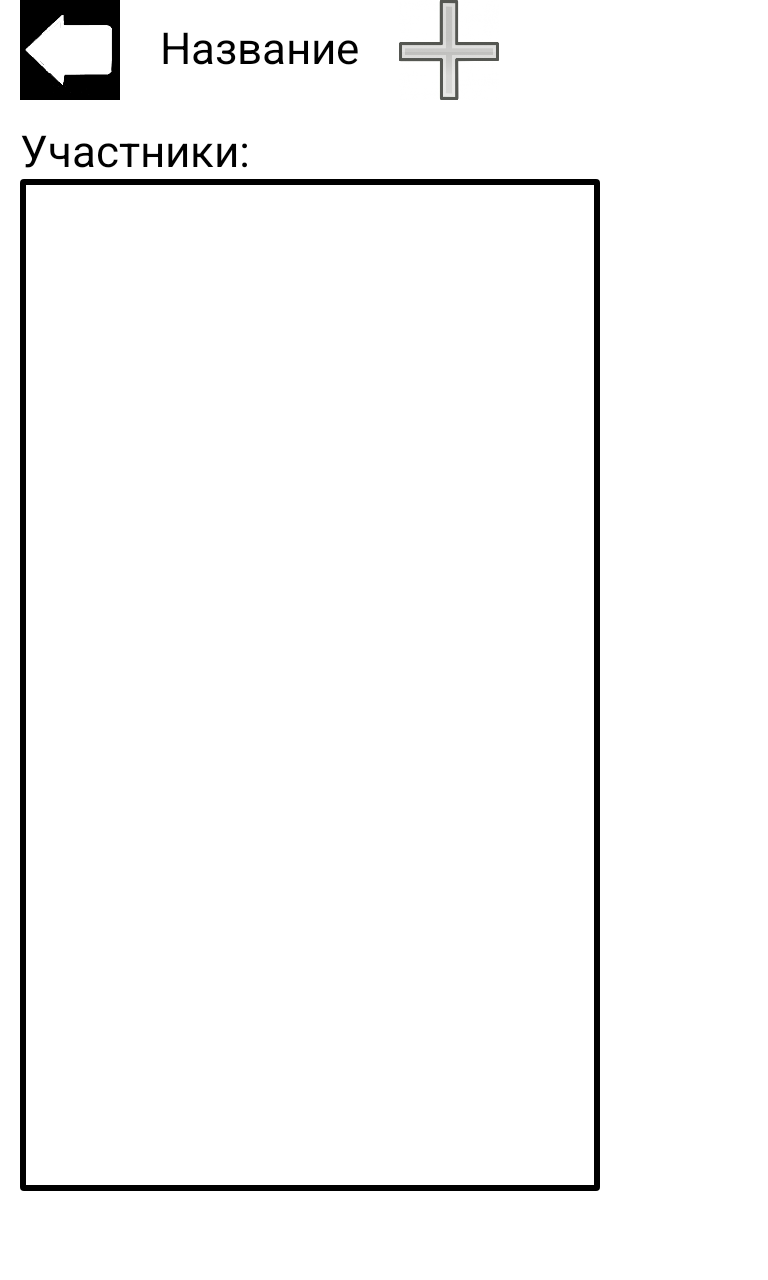
Repository: webguild/RedmineMobile
Layout: Android/RedmineAndroid/res/layout/project_settings_worker.xml
The author's editor kept a copy of each file at every save. The layout is drawn from the files as they stood at one save, then again after the next save.
It is drawn on a 768 x 1280 px phone screen (xhdpi) without system bars, with theme AppTheme; the app's code is not run. Lists and similar views that code fills are empty.

Above is the layout before, as saved 2013-01-18 13:24:00.

After the next save:
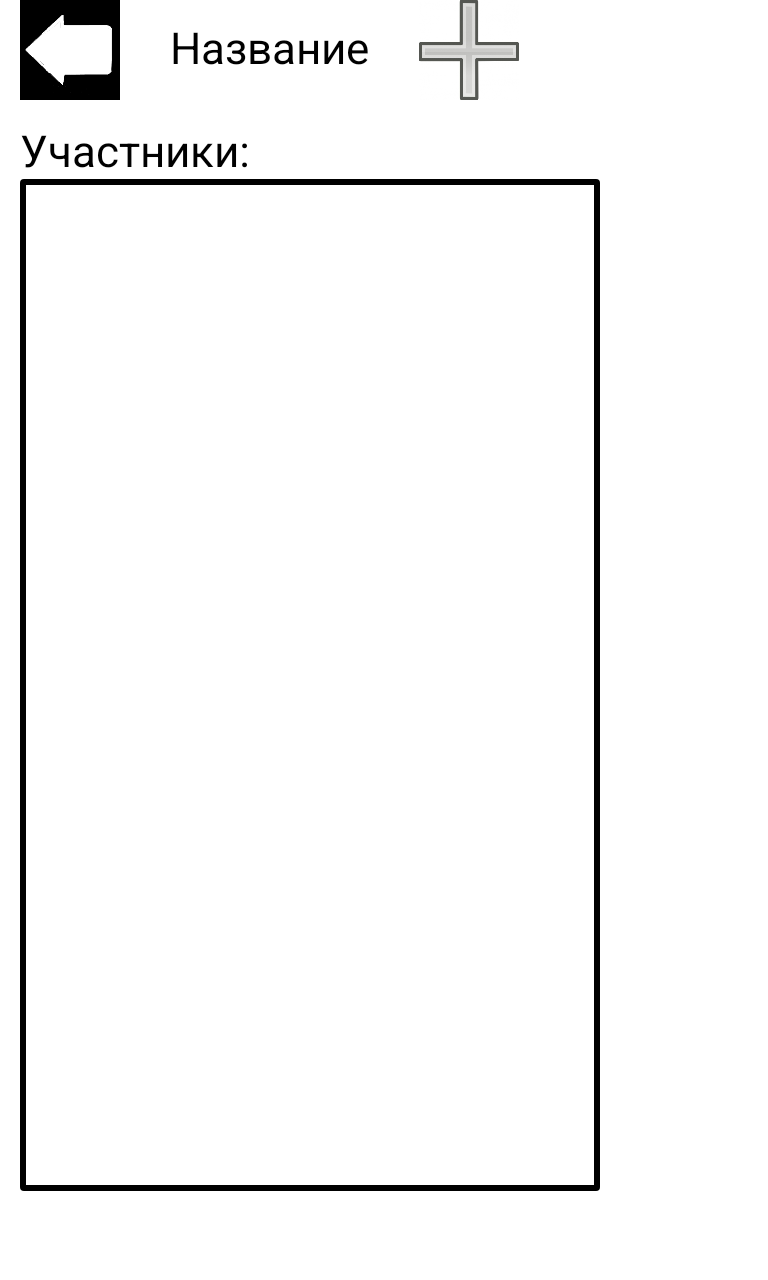
Saved 13 s later.
--- a/Android/RedmineAndroid/res/layout/project_settings_worker.xml
+++ b/Android/RedmineAndroid/res/layout/project_settings_worker.xml
@@ -20,7 +20,7 @@
             android:id="@+id/textView1"
             android:layout_width="wrap_content"
             android:layout_height="wrap_content"
-            android:layout_marginLeft="20dp"
+            android:layout_marginLeft="25dp"
             android:text="Название"
             android:textAppearance="?android:attr/textAppearanceLarge" />
 
@@ -28,7 +28,7 @@
             android:id="@+id/button2"
             android:layout_width="50dp"
             android:layout_height="50dp"
-            android:layout_marginLeft="20dp"
+            android:layout_marginLeft="25dp"
             android:background="@drawable/greyplus" />
 
     </LinearLayout>
